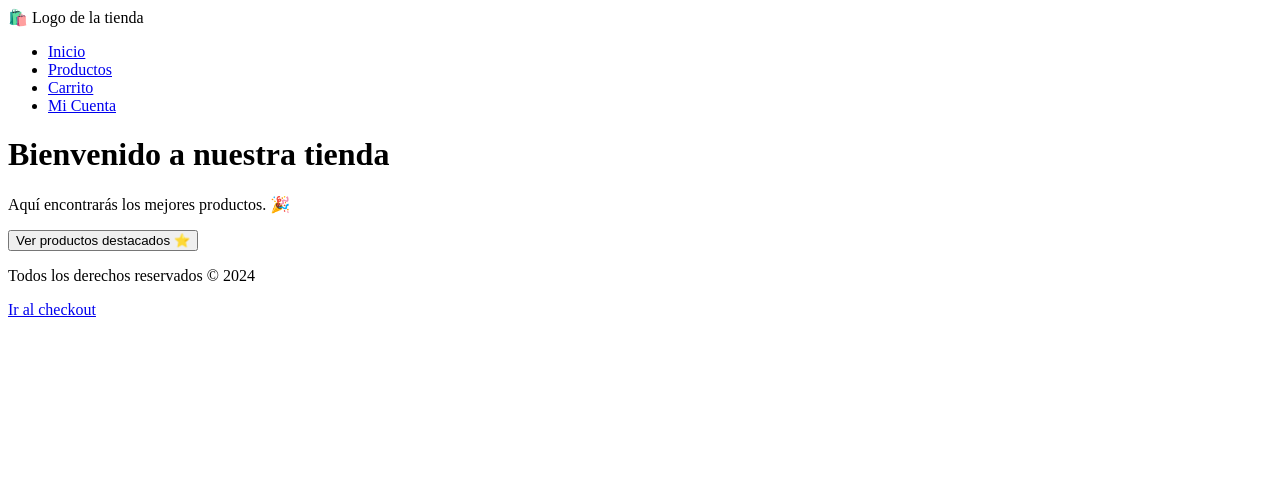
Repository: mag00s/documentacion-prestashop
Page: index.html
These files come from the project's save history. The page is drawn as it stood at one moment and after the next save; the edit follows.
The browser window is 1280 px wide. The pictures show the whole page.

Above is the page before, as saved 2024-11-13 16:25:53.

After the next save:
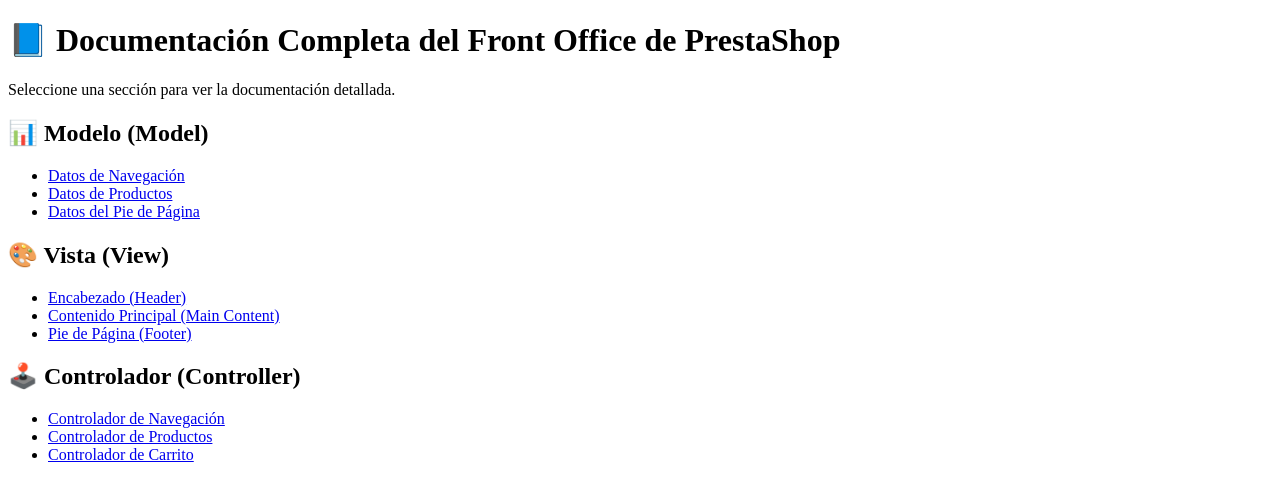
Saved 108 s later.
--- a/index.html
+++ b/index.html
@@ -3,36 +3,31 @@
 <head>
     <meta charset="UTF-8">
     <meta name="viewport" content="width=device-width, initial-scale=1.0">
-    <title>Página de Inicio - PrestaShop</title>
-    <!-- Aquí incluimos el favicon de la página para mejorar la experiencia de usuario -->
-    <link rel="icon" href="favicon.ico" type="image/x-icon">
+    <title>Documentación del Front Office - PrestaShop</title>
 </head>
 <body>
-    <!-- Encabezado de la página con el logo y el menú de navegación -->
-    <header>
-        <div class="logo">🛍️ Logo de la tienda</div>
-        <nav>
-            <ul>
-                <li><a href="index.html">Inicio</a></li>
-                <li><a href="producto.html">Productos</a></li>
-                <li><a href="carrito.html">Carrito</a></li>
-                <li><a href="perfil_usuario.html">Mi Cuenta</a></li>
-            </ul>
-        </nav>
-    </header>
+    <h1>📘 Documentación Completa del Front Office de PrestaShop</h1>
+    <p>Seleccione una sección para ver la documentación detallada.</p>
 
-    <!-- Sección principal de bienvenida -->
-    <main>
-        <h1>Bienvenido a nuestra tienda</h1>
-        <p>Aquí encontrarás los mejores productos. 🎉</p>
-        <!-- Botón para ver productos destacados -->
-        <button onclick="window.location.href='producto.html'">Ver productos destacados ⭐</button>
-    </main>
+    <h2>📊 Modelo (Model)</h2>
+    <ul>
+        <li><a href="model/datos_navegacion.html">Datos de Navegación</a></li>
+        <li><a href="model/datos_productos.html">Datos de Productos</a></li>
+        <li><a href="model/datos_pie_pagina.html">Datos del Pie de Página</a></li>
+    </ul>
 
-    <!-- Pie de página -->
-    <footer>
-        <p>Todos los derechos reservados © 2024</p>
-        <p><a href="checkout.html">Ir al checkout</a></p>
-    </footer>
+    <h2>🎨 Vista (View)</h2>
+    <ul>
+        <li><a href="view/encabezado.html">Encabezado (Header)</a></li>
+        <li><a href="view/contenido_principal.html">Contenido Principal (Main Content)</a></li>
+        <li><a href="view/pie_pagina.html">Pie de Página (Footer)</a></li>
+    </ul>
+
+    <h2>🕹️ Controlador (Controller)</h2>
+    <ul>
+        <li><a href="controller/controlador_navegacion.html">Controlador de Navegación</a></li>
+        <li><a href="controller/controlador_productos.html">Controlador de Productos</a></li>
+        <li><a href="controller/controlador_carrito.html">Controlador de Carrito</a></li>
+    </ul>
 </body>
 </html>
